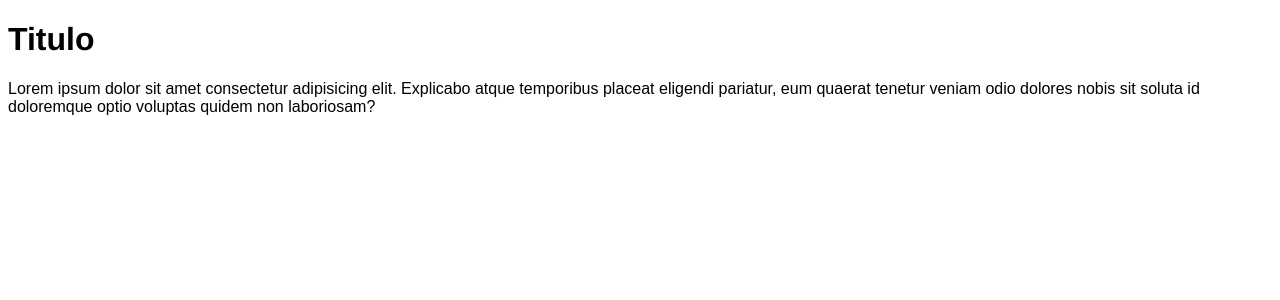
Repository: Iamjordana/html-css
Page: Html Css/Exercicios/ex018/fonte02.html
An editor plug-in stored every save of this project. The page is shown before and after a run of saves, followed by the edit.
The browser window is 1280 px wide. The pictures show the whole page.

Above is the page before, as saved 2025-02-18 09:30:35.

After the next 2 saves:
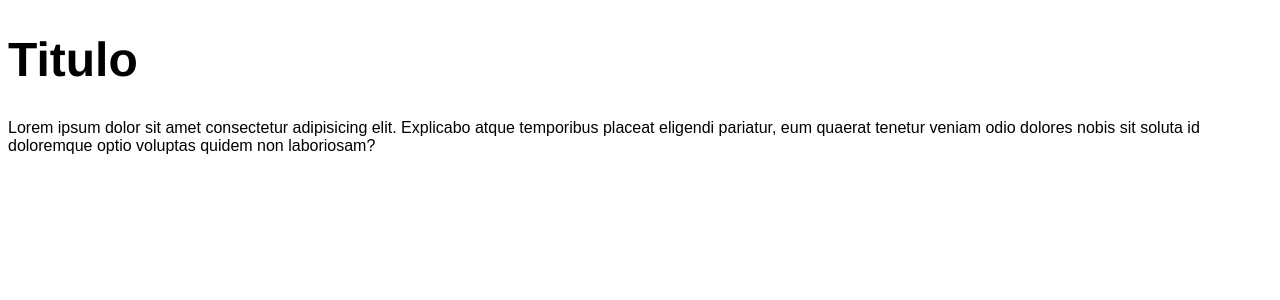
The 2 saves are shown as one change because they came seconds apart.
The last was saved 6 s later.
--- a/Html Css/Exercicios/ex018/fonte02.html
+++ b/Html Css/Exercicios/ex018/fonte02.html
@@ -11,7 +11,7 @@
         }
         h1{
             font-family:'Franklin Gothic Medium', 'Arial Narrow', Arial, sans-serif;
-            font-size: ;
+            font-size: 3em;
         }
     </style>
 
